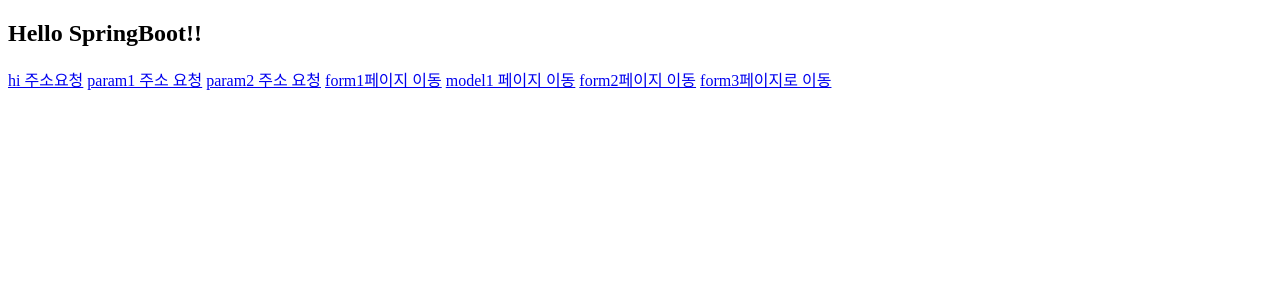
Repository: seokjaegon/Spring
Page: http://localhost/index
An editor plug-in stored every save of this project. The page is shown before and after the next save, followed by the edit.
The browser window is 1280 px wide. The pictures show the whole page.
The page is this project's Thymeleaf template; nobody is signed in. The template is opened directly, without the code that normally fills it, so the values that code supplies are empty.

Above is the page before, as saved 2024-01-15 00:39:34.

After the next save:
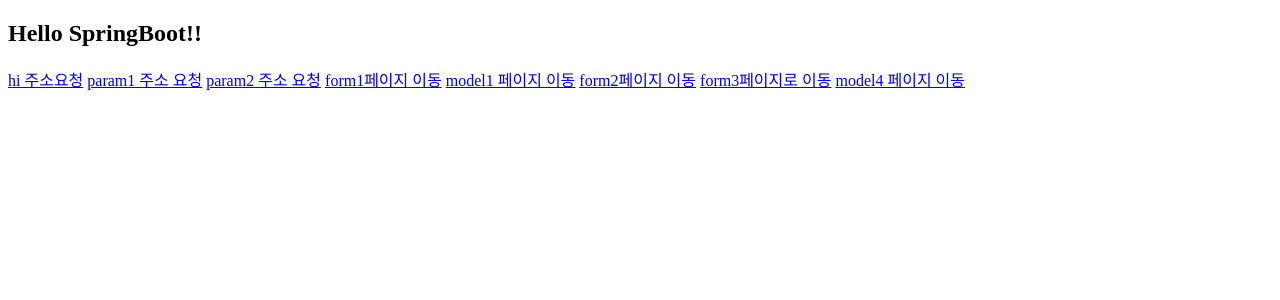
Saved 1 s later.
--- a/demo1/src/main/resources/templates/index.html
+++ b/demo1/src/main/resources/templates/index.html
@@ -36,5 +36,7 @@
 		print 한다.
 	 -->
 	 <a href="/form3">form3페이지로 이동</a>
+
+	 <a href="/model4">model4 페이지 이동</a>
 </body>
 </html>
